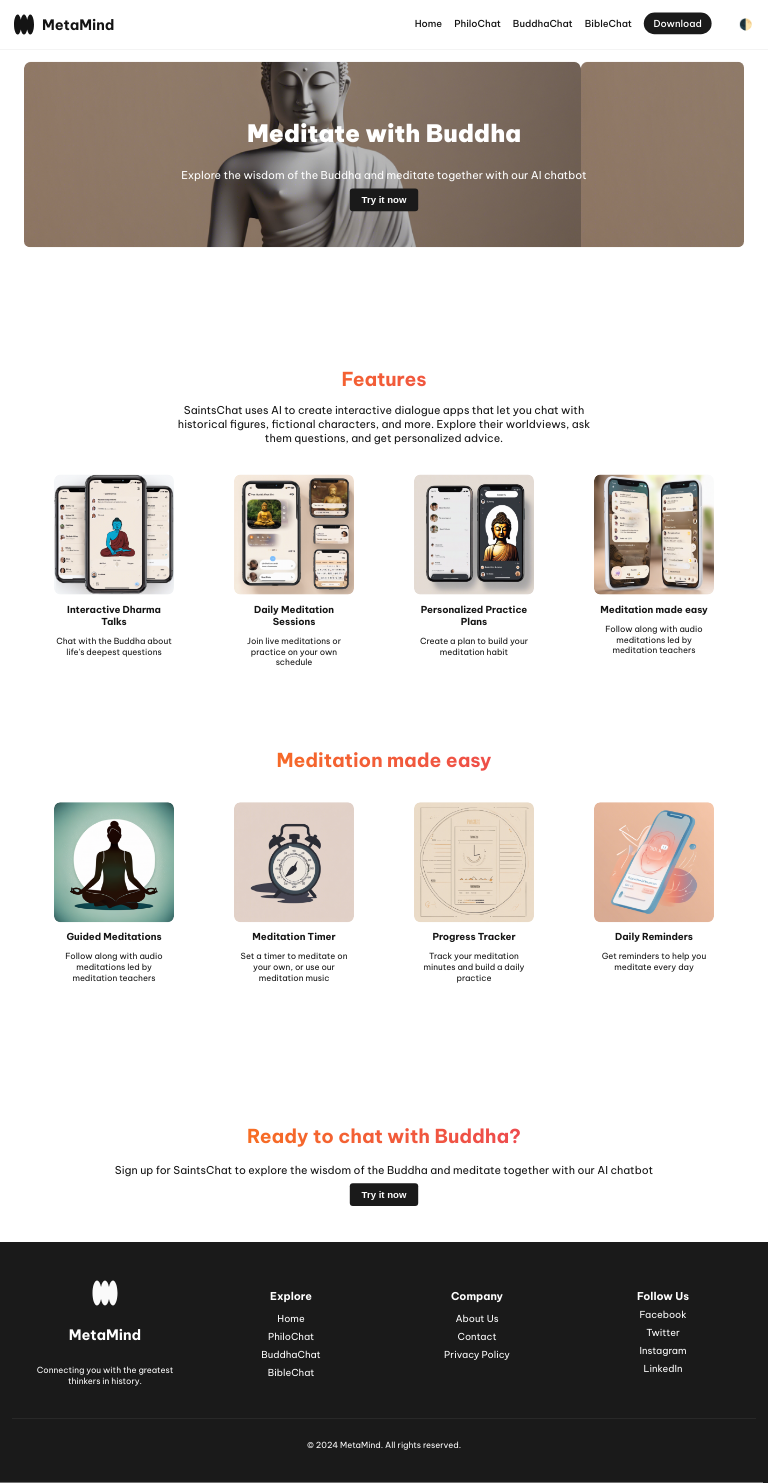
Repository: HSfac/EthosMindWeb
Page: /buddhachats
The author's editor kept a copy of each file at every save. The page is drawn from the files as they stood at one save, then again after the next save.
The browser window is 1280 px wide. The pictures show the whole page, at 60% of full size.
The project was rebuilt for these pictures with package versions that can differ from the ones it lists, and the page was loaded fresh each time. Also part of the build but not shown: src/pages/Home.css, src/pages/Home.jsx, src/pages/SaintsChat.css, src/pages/SaintsChat.jsx, src/pages/BibleChat.jsx, src/pages/Download.css, src/pages/Download.jsx.

Above is the page before, as saved 2024-07-22 00:09:48.

### src/index.css
@import url('https://fonts.googleapis.com/css2?display=swap&family=Be+Vietnam+Pro:wght@400;500;700;900&family=Noto+Sans:wght@400;500;700;900');

body {
  font-family: "Be Vietnam Pro", "Noto Sans", sans-serif;
  margin: 0;
  padding: 0;
  box-sizing: border-box;
}

### src/App.jsx
import React from 'react';
import { BrowserRouter as Router, Route, Routes } from 'react-router-dom';
import Home from './pages/Home.jsx';
import SaintsChat from './pages/SaintsChat.jsx';
import BuddhaChat from './pages/BuddhaChat.jsx';
import BibleChat from './pages/BibleChat.jsx';
import Download from './pages/Download.jsx'; // Download 페이지를 추가합니다.
import Header from './components/Header.jsx';
import Footer from './components/Footer.jsx';

function App() {
  return (
    <Router>
      <Header />
      <Routes>
        <Route path="/" element={<Home />} />
        <Route path="/saintschat" element={<SaintsChat />} />
        <Route path="/buddhachats" element={<BuddhaChat />} />
        <Route path="/biblechats" element={<BibleChat />} />
        <Route path="/download" element={<Download />} /> {/* Download 페이지를 추가합니다. */}
      </Routes>
      <Footer />
    </Router>
  );
}

export default App;

### src/pages/BuddhaChat.jsx
import React from 'react';
import './BuddhaChat.css';
import buddhaImage from '../assets/images/buddha-hero-image.png';
import buddhaFeature1 from '../assets/images/buddha-feature-1.png';
import buddhaFeature2 from '../assets/images/buddha-feature-2.png';
import buddhaFeature3 from '../assets/images/buddha-feature-3.png';
import buddhaFeature4 from '../assets/images/buddha-feature-4.png';
import buddhaMeditation1 from '../assets/images/buddha-meditation-1.png';
import buddhaMeditation2 from '../assets/images/buddha-meditation-2.png';
import buddhaMeditation3 from '../assets/images/buddha-meditation-3.png';
import buddhaMeditation4 from '../assets/images/buddha-meditation-4.png';

function BuddhaChat() {
  return (
    <main className="buddha-main">
      <section className="buddha-hero" style={{ backgroundImage: `url(${buddhaImage})` }}>
        <div className="buddha-hero-content">
          <h1 className="buddha-hero-title">Meditate with Buddha</h1>
          <p className="buddha-hero-subtitle">Explore the wisdom of the Buddha and meditate together with our AI chatbot</p>
          <button className="buddha-hero-button">Try it now</button>
        </div>
      </section>
      <section className="buddha-features">
        <h2 className="buddha-section-title">Features</h2>
        <p className="buddha-section-description">SaintsChat uses AI to create interactive dialogue apps that let you chat with historical figures, fictional characters, and more. Explore their worldviews, ask them questions, and get personalized advice.</p>
        <div className="buddha-feature-cards">
          <div className="buddha-feature-card">
            <img src={buddhaFeature1} alt="Interactive Dharma Talks" className="buddha-feature-image" />
            <p className="buddha-feature-title">Interactive Dharma Talks</p>
            <p className="buddha-feature-description">Chat with the Buddha about life's deepest questions</p>
          </div>
          <div className="buddha-feature-card">
            <img src={buddhaFeature2} alt="Daily Meditation Sessions" className="buddha-feature-image" />
            <p className="buddha-feature-title">Daily Meditation Sessions</p>
            <p className="buddha-feature-description">Join live meditations or practice on your own schedule</p>
          </div>
          <div className="buddha-feature-card">
            <img src={buddhaFeature3} alt="Personalized Practice Plans" className="buddha-feature-image" />
            <p className="buddha-feature-title">Personalized Practice Plans</p>
            <p className="buddha-feature-description">Create a plan to build your meditation habit</p>
          </div>
          <div className="buddha-feature-card">
            <img src={buddhaFeature4} alt="Meditation made easy" className="buddha-feature-image" />
            <p className="buddha-feature-title">Meditation made easy</p>
            <p className="buddha-feature-description">Follow along with audio meditations led by meditation teachers</p>
          </div>
        </div>
      </section>
      <section className="buddha-meditation">
        <h2 className="buddha-section-title">Meditation made easy</h2>
        <div className="buddha-meditation-cards">
          <div className="buddha-meditation-card">
            <img src={buddhaMeditation1} alt="Guided Meditations" className="buddha-meditation-image" />
            <p className="buddha-meditation-title">Guided Meditations</p>
            <p className="buddha-meditation-description">Follow along with audio meditations led by meditation teachers</p>
          </div>
          <div className="buddha-meditation-card">
            <img src={buddhaMeditation2} alt="Meditation Timer" className="buddha-meditation-image" />
            <p className="buddha-meditation-title">Meditation Timer</p>
            <p className="buddha-meditation-description">Set a timer to meditate on your own, or use our meditation music</p>
          </div>
          <div className="buddha-meditation-card">
            <img src={buddhaMeditation3} alt="Progress Tracker" className="buddha-meditation-image" />
            <p className="buddha-meditation-title">Progress Tracker</p>
            <p className="buddha-meditation-description">Track your meditation minutes and build a daily practice</p>
          </div>
          <div className="buddha-meditation-card">
            <img src={buddhaMeditation4} alt="Daily Reminders" className="buddha-meditation-image" />
            <p className="buddha-meditation-title">Daily Reminders</p>
            <p className="buddha-meditation-description">Get reminders to help you meditate every day</p>
          </div>
        </div>
      </section>
      <section className="buddha-cta">
        <h2 className="buddha-cta-title">Ready to chat with Buddha?</h2>
        <p className="buddha-cta-description">Sign up for SaintsChat to explore the wisdom of the Buddha and meditate together with our AI chatbot</p>
        <button className="buddha-cta-button">Try it now</button>
      </section>
    </main>
  );
}

export default BuddhaChat;

### src/components/Header.jsx
import React, { useEffect, useState } from 'react';
import { Link } from 'react-router-dom';
import './Header.css';
import logoBlack from '../assets/images/metamindlogoblack.svg'; // 로고 이미지 경로에 맞게 수정하세요.
import logoWhite from '../assets/images/metamindlogowhite.svg'; // 로고 이미지 경로에 맞게 수정하세요.

function Header() {
  const [isDarkMode, setIsDarkMode] = useState(false);

  useEffect(() => {
    const darkModeClass = 'dark-mode';
    const bodyClassList = document.body.classList;
    const isDark = bodyClassList.contains(darkModeClass);
    setIsDarkMode(isDark);
  }, []);

  const toggleDarkMode = () => {
    document.body.classList.toggle('dark-mode');
    setIsDarkMode(!isDarkMode);
  };

  return (
    <header className="header">
      <div className="header-logo-container">
        <Link to="/" className="header-logo-link">
          <img
            src={isDarkMode ? logoWhite : logoBlack}
            alt="MetaMind Logo"
            className="header-logo"
          />
          <h1 className="header-title">MetaMind</h1>
        </Link>
      </div>
      <nav className="nav">
        <ul className="nav-list">
          <li className="nav-item"><Link to="/">Home</Link></li>
          <li className="nav-item"><Link to="/saintschat">PhiloChat</Link></li>
          <li className="nav-item"><Link to="/buddhachats">BuddhaChat</Link></li>
          <li className="nav-item"><Link to="/biblechats">BibleChat</Link></li>
          <li className="nav-item header-download-button"><Link to="/download">Download</Link></li>
          <li className="nav-item"><button className="toggle-button" onClick={toggleDarkMode}>🌓</button></li>
        </ul>
      </nav>
    </header>
  );
}

export default Header;

### src/components/Footer.jsx
import React from 'react';
import { Link } from 'react-router-dom';
import './Footer.css';
import logoWhite from '../assets/images/metamindlogowhite.svg'; // 로고 이미지 경로

function Footer() {
  return (
    <footer className="footer">
      <div className="footer-content">
        <div className="footer-section footer-logo-section">
          <img src={logoWhite} alt="MetaMind Logo" className="footer-logo" />
          <h2 className="footer-title">MetaMind</h2>
          <p className="footer-description">Connecting you with the greatest thinkers in history.</p>
        </div>
        <div className="footer-section">
          <h3 className="footer-subtitle">Explore</h3>
          <ul className="footer-links">
            <li><Link to="/">Home</Link></li>
            <li><Link to="/saintschat">PhiloChat</Link></li>
            <li><Link to="/buddhachats">BuddhaChat</Link></li>
            <li><Link to="/biblechats">BibleChat</Link></li>
          </ul>
        </div>
        <div className="footer-section">
          <h3 className="footer-subtitle">Company</h3>
          <ul className="footer-links">
            <li><Link to="/about">About Us</Link></li>
            <li><Link to="/contact">Contact</Link></li>
            <li><Link to="/privacy">Privacy Policy</Link></li>
          </ul>
        </div>
        <div className="footer-section">
          <h3 className="footer-subtitle">Follow Us</h3>
          <div className="footer-social">
            <a href="https://facebook.com" target="_blank" rel="noopener noreferrer">Facebook</a>
            <a href="https://twitter.com" target="_blank" rel="noopener noreferrer">Twitter</a>
            <a href="https://instagram.com" target="_blank" rel="noopener noreferrer">Instagram</a>
            <a href="https://linkedin.com" target="_blank" rel="noopener noreferrer">LinkedIn</a>
          </div>
        </div>
      </div>
      <div className="footer-bottom">
        <p>&copy; 2024 MetaMind. All rights reserved.</p>
      </div>
    </footer>
  );
}

export default Footer;

### src/pages/BuddhaChat.css
.buddha-main {
  padding: 20px 40px;
}

.buddha-hero {
  background: linear-gradient(rgba(0, 0, 0, 0.1) 0%, rgba(0, 0, 0, 0.4) 100%), center/cover no-repeat;
  color: white;
  text-align: center;
  padding: 60px 20px;
  border-radius: 10px;
}

.buddha-hero-title {
  font-size: 40px;
  font-weight: 900;
}

.buddha-hero-subtitle {
  font-size: 18px;
  margin: 10px 0;
}

.buddha-hero-button {
  background-color: #1a1a1a;
  color: white;
  padding: 10px 20px;
  border: none;
  border-radius: 5px;
  cursor: pointer;
  font-size: 16px;
  font-weight: bold;
  transition: background-color 0.3s, transform 0.3s;
}

.buddha-hero-button:hover {
  background-color: #333333;
  transform: scale(1.05);
}

.buddha-features {
  margin: 40px 0;
  margin-top: 200px;
  margin-bottom: 100px;
}

.buddha-section-title {
  font-size: 32px;
  font-weight: bold;
  text-align: center;
  margin-bottom: 20px;
  background: linear-gradient(90deg, #ff8a00, #e52e71);
  -webkit-background-clip: text;
  -webkit-text-fill-color: transparent;
}

.buddha-section-description {
  font-size: 18px;
  text-align: center;
  max-width: 720px;
  margin: 0 auto 20px;
  margin-bottom: 50px;
}

.buddha-feature-cards {
  display: flex;
  justify-content: space-around;
  flex-wrap: wrap;
}

.buddha-feature-card {
  text-align: center;
  max-width: 200px;
  margin-bottom: 20px;
}

.buddha-feature-image {
  width: 100%;
  border-radius: 10px;
}

.buddha-feature-title {
  font-size: 16px;
  font-weight: bold;
  margin: 10px 0;
}

.buddha-feature-description {
  font-size: 14px;
}

.buddha-meditation {
  margin: 40px 0;
  margin-top: 100px;
  margin-bottom: 70px;
}

.buddha-meditation-cards {
  display: flex;
  justify-content: space-around;
  flex-wrap: wrap;
}

.buddha-meditation-card {
  text-align: center;
  max-width: 200px;
  margin-bottom: 20px;
  margin-top: 30px;
}

.buddha-meditation-image {
  width: 100%;
  border-radius: 10px;
}

.buddha-meditation-title {
  font-size: 16px;
  font-weight: bold;
  margin: 10px 0;
}

.buddha-meditation-description {
  font-size: 14px;
}

.buddha-cta {
  text-align: center;
  margin: 40px 0;
  margin-top: 200px;
  margin-top: ;
}

.buddha-cta-title {
  font-size: 32px;
  font-weight: bold;
  background: linear-gradient(90deg, #ff8a00, #e52e71);
  -webkit-background-clip: text;
  -webkit-text-fill-color: transparent;
}

.buddha-cta-description {
  margin: 10px 0;
  font-size: 18px;
}

.buddha-cta-button {
  background-color: #1a1a1a;
  color: white;
  padding: 10px 20px;
  border: none;
  border-radius: 5px;
  cursor: pointer;
  font-size: 16px;
  font-weight: bold;
  transition: background-color 0.3s, transform 0.3s;
}

.buddha-cta-button:hover {
  background-color: #333333;
  transform: scale(1.05);
  animation: pop 0.6s ease-in-out infinite;
}

@keyframes pop {
  0%, 100% {
    transform: scale(1);
  }
  50% {
    transform: scale(1.1);
  }
}

### src/components/Header.css
.header {
  display: flex;
  justify-content: space-between;
  align-items: center;
  padding: 10px 20px;
  border-bottom: 1px solid #ededed;
}

.header-logo-container {
  display: flex;
  align-items: center;
}

.header-logo-link {
  display: flex;
  align-items: center;
  text-decoration: none;
  color: var(--text-color);
}

.header-logo {
  width: 40px;
  height: 40px;
  margin-right: 10px;
}

.header-title {
  font-size: 24px;
  font-weight: bold;
}

.nav {
  display: flex;
}

.nav-list {
  display: flex;
  list-style: none;
  margin: 0;
  padding: 0;
}

.nav-item {
  margin-left: 20px;
}

.nav-item a {
  text-decoration: none;
  color: var(--text-color);
  font-weight: 500;
}

.header-download-button a {
  padding: 8px 16px;
  border-radius: 20px;
  background-color: #1a1a1a;
  color: white;
}

.toggle-button {
  background: none;
  border: none;
  font-size: 18px;
  cursor: pointer;
  margin-left: 20px;
}

:root {
  --bg-color: white;
  --text-color: #141414;
}

.dark-mode {
  --bg-color: #141414;
  --text-color: white;
}

body {
  background-color: var(--bg-color);
  color: var(--text-color);
  transition: background-color 0.3s, color 0.3s;
}

### src/components/Footer.css
.footer {
  background-color: #1a1a1a;
  color: white;
  padding: 40px 20px;
  text-align: center;
}

.footer-content {
  display: flex;
  flex-wrap: wrap;
  justify-content: space-around;
  margin-bottom: 20px;
}

.footer-section {
  flex: 1;
  min-width: 200px;
  margin: 20px;
}

.footer-logo-section {
  display: flex;
  flex-direction: column;
  align-items: center;
}

.footer-logo {
  width: 50px; /* 로고 크기를 조정 */
  height: 50px;
  margin-bottom: 10px;
}

.footer-title {
  display: flex;
  align-items: center;
  font-size: 24px;
  font-weight: bold;
}

.footer-title img {
  width: 40px; /* 로고 크기 조정 */
  height: 40px;
  margin-right: 10px;
}

.footer-description {
  font-size: 14px;
}

.footer-subtitle {
  font-size: 18px;
  font-weight: bold;
  margin-bottom: 10px;
}

.footer-links {
  list-style: none;
  padding: 0;
}

.footer-links li {
  margin-bottom: 10px;
}

.footer-links a {
  text-decoration: none;
  color: white;
}

.footer-social a {
  display: block;
  margin-bottom: 10px;
  text-decoration: none;
  color: white;
}

.footer-bottom {
  border-top: 1px solid #333;
  padding-top: 20px;
  font-size: 14px;
}

Loaded but not shown: public/index.html (common file); src/index.js (common file)

After the next save:
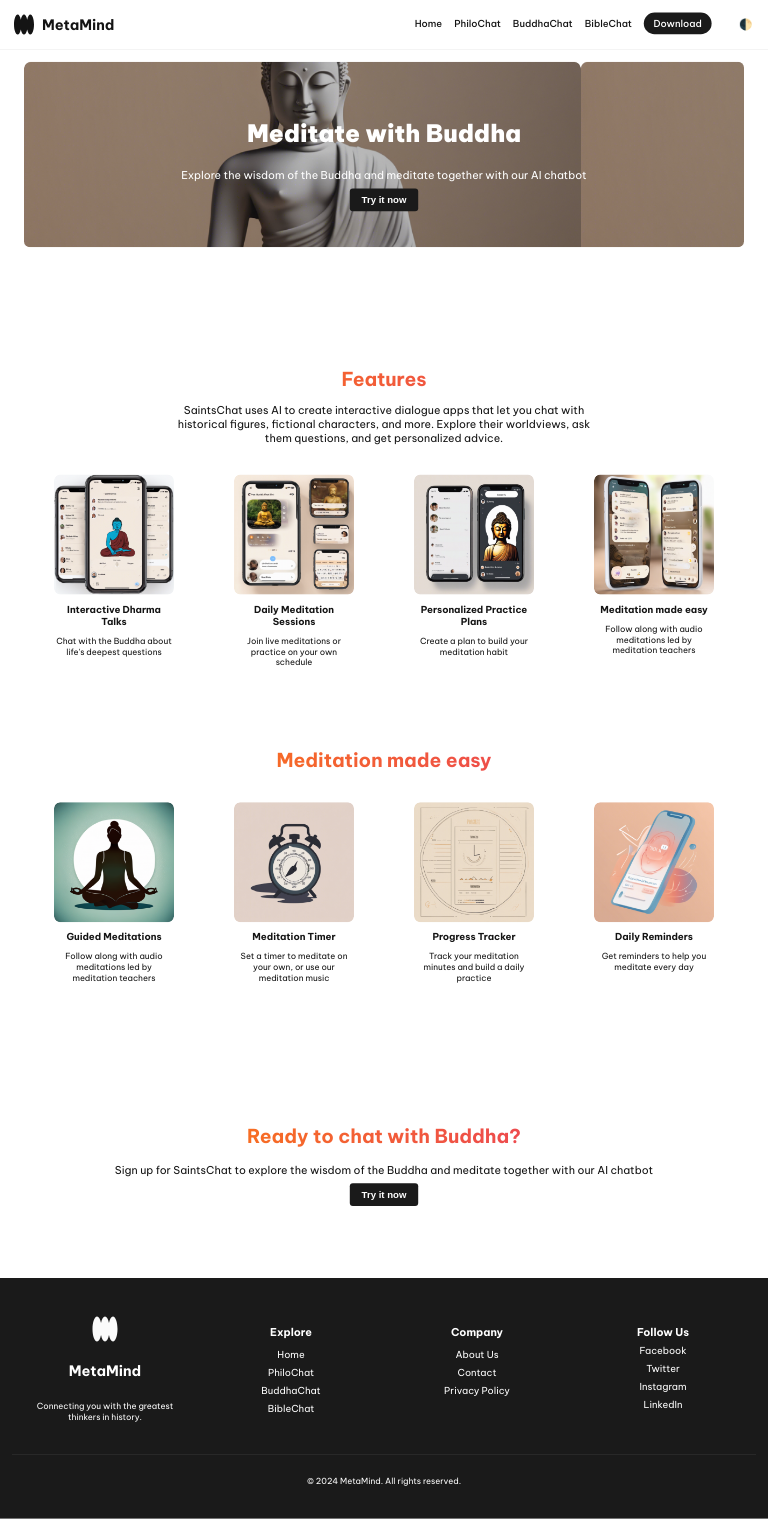
Saved 8 s later.
--- a/src/pages/BuddhaChat.css
+++ b/src/pages/BuddhaChat.css
@@ -126,7 +126,7 @@
   text-align: center;
   margin: 40px 0;
   margin-top: 200px;
-  margin-top: ;
+  margin-bottom: 100px;
 }
 
 .buddha-cta-title {
